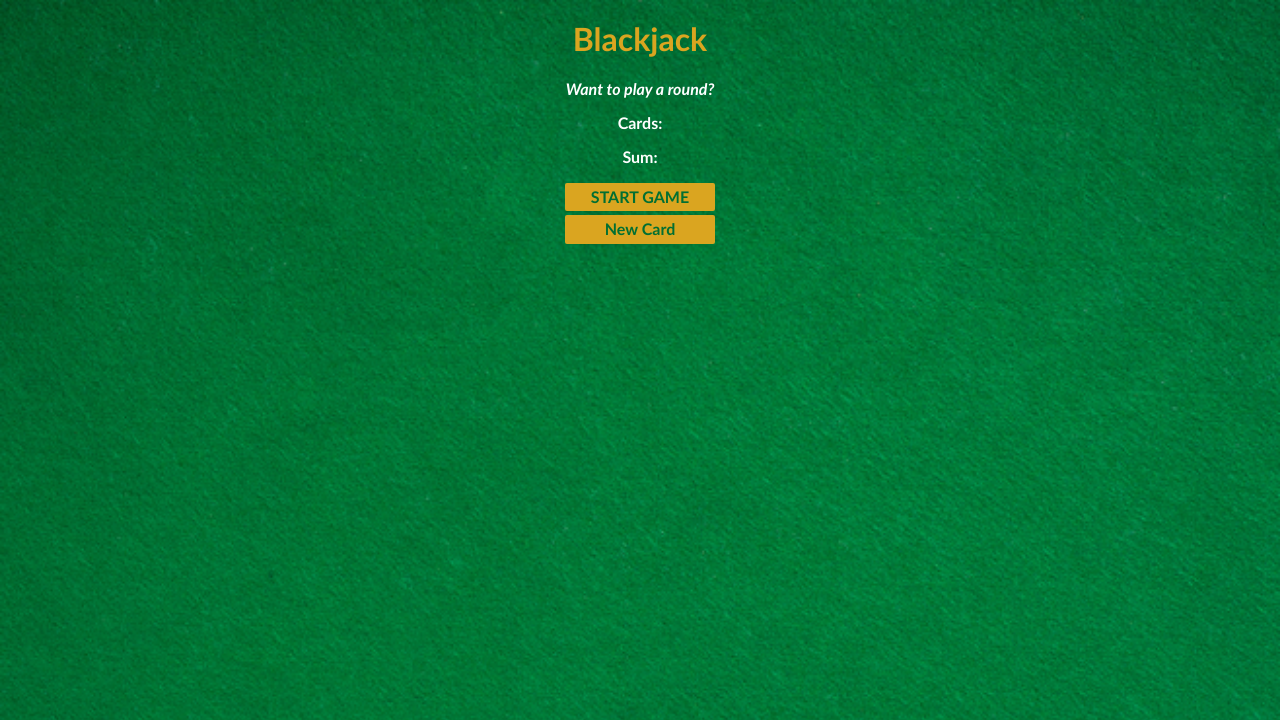
Repository: jt010051/JavaScriptBlackJack
Page: index.html
The author's editor kept a copy of each file at every save. The page is drawn from the files as they stood at one save, then again after the next save.
The browser window is 1280 px wide. The pictures show the whole page.

Above is the page before, as saved 2022-02-26 18:38:08.

### index.html
<html>
    <head><link rel="stylesheet" href="https://cdnjs.cloudflare.com/ajax/libs/normalize/8.0.1/normalize.css">
        <link rel="stylesheet" href="index.css">
    </head>
    <body>
        <h1>Blackjack</h1>
        <p id="message-el">Want to play a round?</p>
        <p id="cards-el">Cards:</p>
        <p id="sum-el">Sum:</p>
        <button onclick="startGame()">START GAME</button>
        <button onclick="newCard()">New Card</button>

        <script src="index.js"></script>
    </body>
</html>

### index.css
/* Complete the CSS styling according to the provided design */

body {
  font-family: 'Trebuchet MS', 'Lucida Sans Unicode', 'Lucida Grande', 'Lucida Sans', Arial, sans-serif;
  background-image: url("images/table.png");
  background-size: cover;
  text-align: center;
  color: white;

  font-weight: bold;

}

h1 {
    color: goldenrod;
}

#message-el {
    font-style: italic;
}
button {
        display: block;
        margin: 0 auto;
        margin-bottom: 4px;
    color: #016f32;
    width: 150px;
    background: goldenrod;
    padding-top: 5px;
    padding-bottom: 5px;
    font-weight: bold;
    border: none;
    border-radius: 2px;
}

### index.js
let firstCard = 2;

let secondCard = 11 ;

let sum = firstCard+secondCard;

let hasBlackJack =false;
let isAlive = true;
let message =""
let messageEl = document.getElementById("message-el")
let sumEl = document.getElementById("sum-el")

let cardsEl = document.getElementById("cards-el")
function startGame(){
    cardsEl.textContent = "Cards: " +firstCard +" "+secondCard
    sumEl.textContent="Sum: " +sum

    if(sum <= 20){

        message = "Do you want to draw a new Card?";
        }
        else if (sum === 21){
            message ="Wohoo! You've got Blackjack!";
        hasBlackJack = true
        }
        else{
            message ="Youre out of the game!";
            isAlive =false;
        }
messageEl.textContent=message
}

function newCard(){
console.log("Drawing a new card from the deck")

}

After the next save:
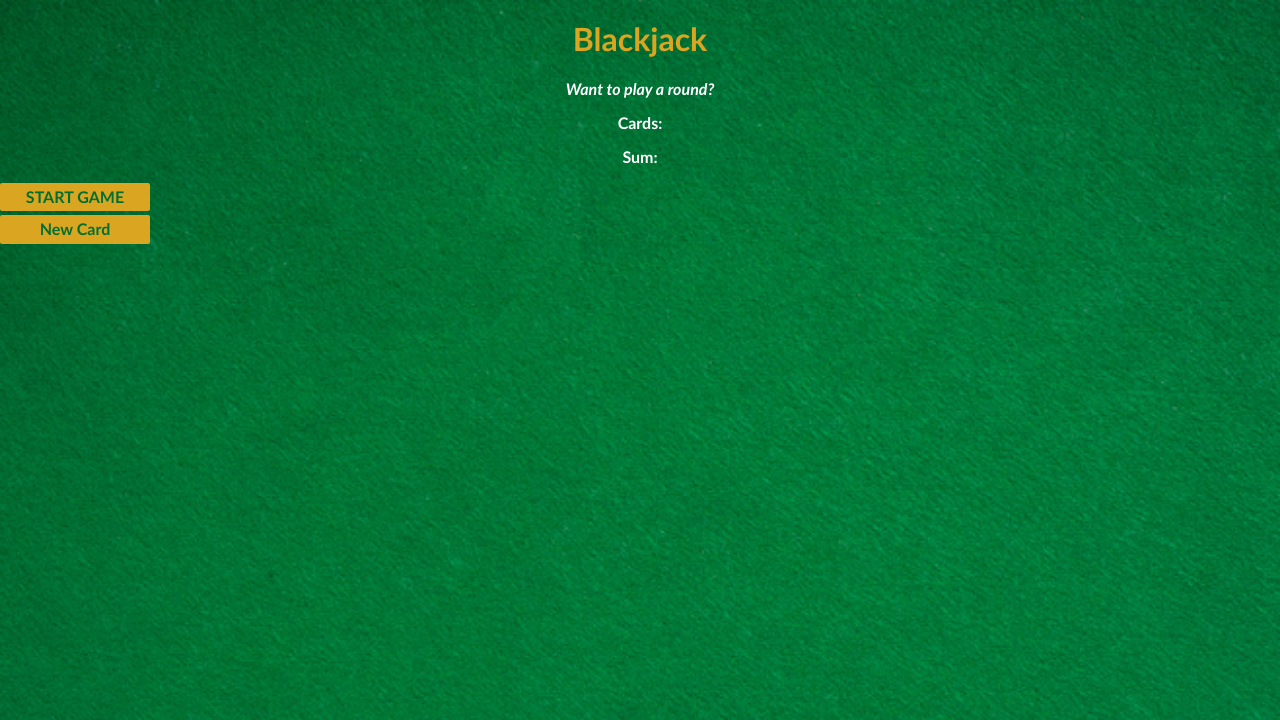
Saved 30 s later.
--- a/index.css
+++ b/index.css
@@ -20,7 +20,7 @@
 }
 button {
         display: block;
-        margin: 0 auto;
+
         margin-bottom: 4px;
     color: #016f32;
     width: 150px;

After the save that followed:
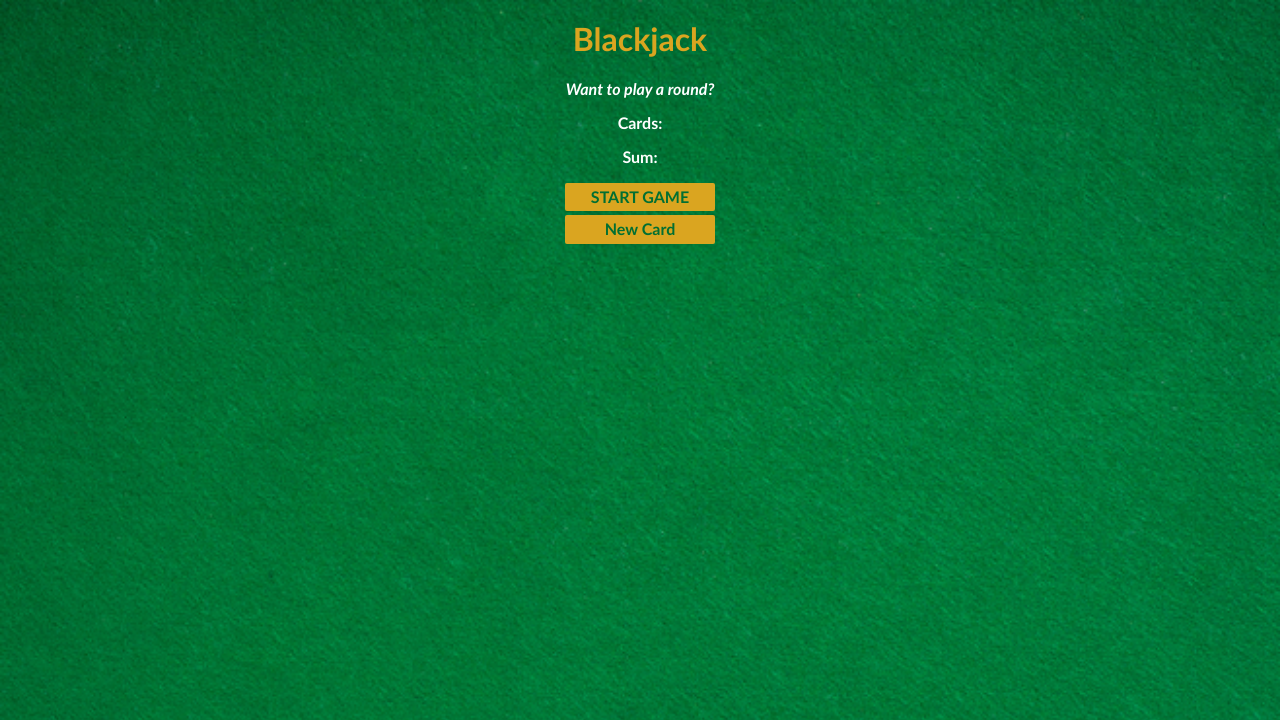
Saved 27 s later.
--- a/index.css
+++ b/index.css
@@ -20,8 +20,8 @@
 }
 button {
         display: block;
+        margin: 0 auto;
 
-        margin-bottom: 4px;
     color: #016f32;
     width: 150px;
     background: goldenrod;
@@ -30,4 +30,6 @@
     font-weight: bold;
     border: none;
     border-radius: 2px;
+    margin-bottom: 4px;
+    margin-top: 4px;
 }
